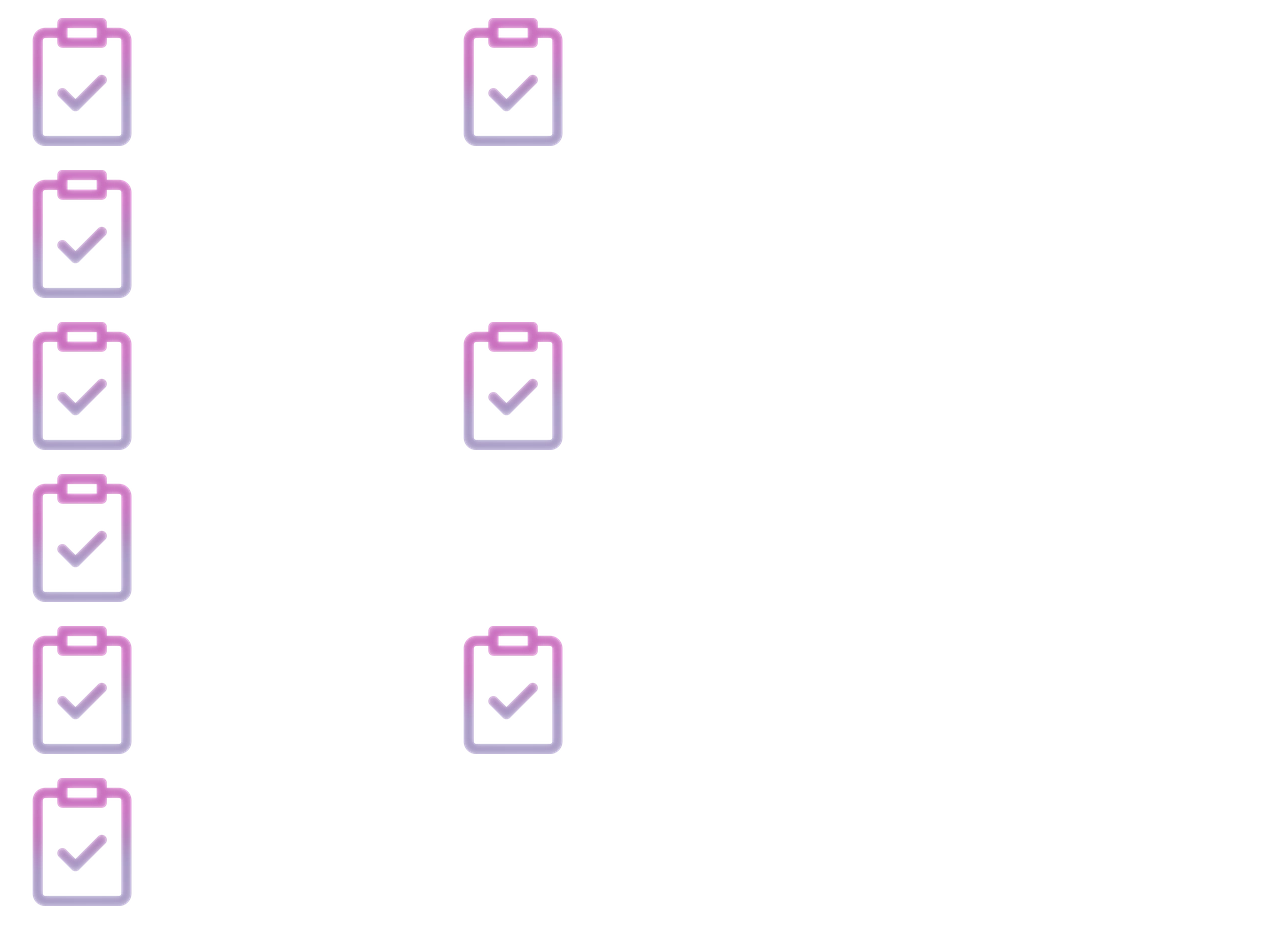
Repository: vichubenzene/-MWin_ui
Page: main.html
An editor plug-in stored every save of this project. The page is shown before and after the next save, followed by the edit.
The browser window is 1280 px wide. The pictures show the whole page.

Above is the page before, as saved 2022-10-08 21:11:05.

After the next save:
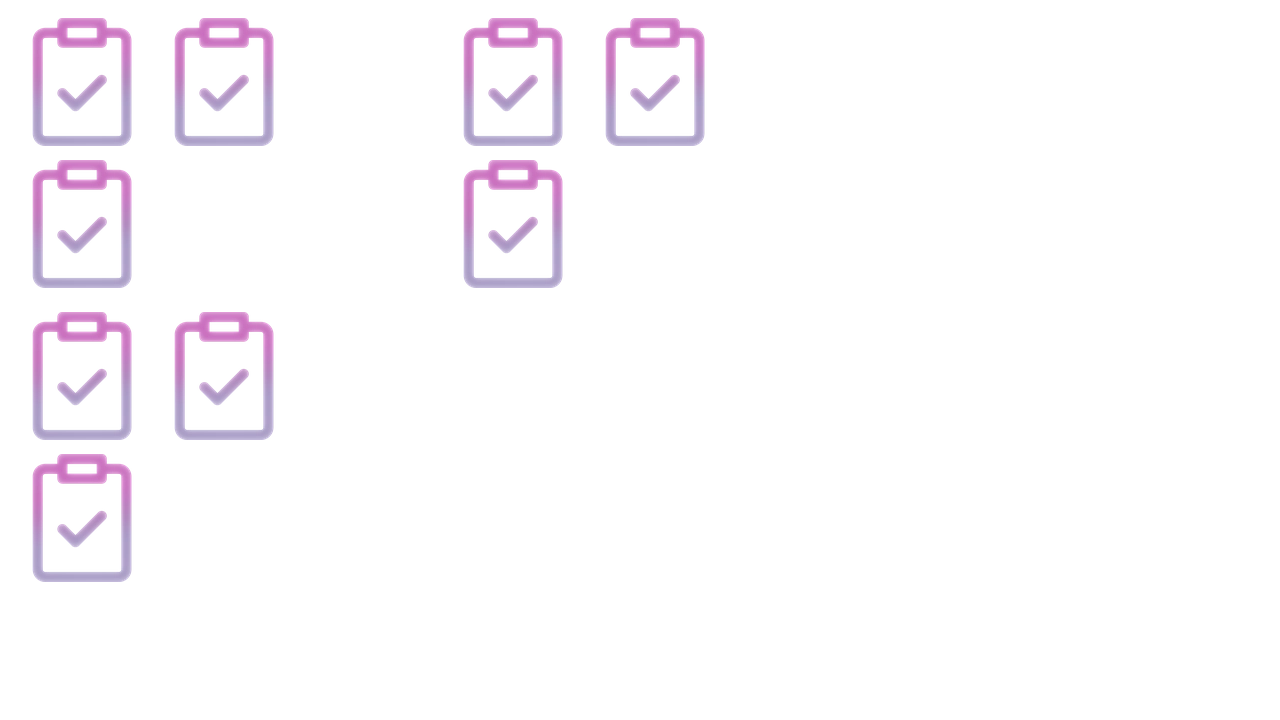
Saved 55 s later.
--- a/main.html
+++ b/main.html
@@ -43,45 +43,22 @@
     <div class="row">
         <div class="column">
             <img src="images/834541394987057242.png" alt="Snow" style="flex: 33.33%; padding: 5px">
-
+            <img src="images/834541394987057242.png" alt="Snow" style="flex: 33.33%; padding: 5px">
+            <img src="images/834541394987057242.png" alt="Snow" style="flex: 33.33%; padding: 5px">
         </div>
         <div class="column">
             <img src="images/834541394987057242.png" alt="Snow" style="flex: 33.33%; padding: 5px">
-
+            <img src="images/834541394987057242.png" alt="Snow" style="flex: 33.33%; padding: 5px">
+            <img src="images/834541394987057242.png" alt="Snow" style="flex: 33.33%; padding: 5px">
         </div>
         <div class="column">
+            <img src="images/834541394987057242.png" alt="Snow" style="flex: 33.33%; padding: 5px">
+            <img src="images/834541394987057242.png" alt="Snow" style="flex: 33.33%; padding: 5px">
             <img src="images/834541394987057242.png" alt="Snow" style="flex: 33.33%; padding: 5px">
 
         </div>
     </div>
-    <div class="row">
-        <div class="column">
-            <img src="images/834541394987057242.png" alt="Snow" style="flex: 33.33%; padding: 5px">
 
-        </div>
-        <div class="column">
-            <img src="images/834541394987057242.png" alt="Snow" style="flex: 33.33%; padding: 5px">
-
-        </div>
-        <div class="column">
-            <img src="images/834541394987057242.png" alt="Snow" style="flex: 33.33%; padding: 5px">
-
-        </div>
-    </div>
-    <div class="row">
-        <div class="column">
-            <img src="images/834541394987057242.png" alt="Snow" style="flex: 33.33%; padding: 5px">
-
-        </div>
-        <div class="column">
-            <img src="images/834541394987057242.png" alt="Snow" style="flex: 33.33%; padding: 5px">
-
-        </div>
-        <div class="column">
-            <img src="images/834541394987057242.png" alt="Snow" style="flex: 33.33%; padding: 5px">
-
-        </div>
-    </div>
 </body>
 
 </html>
